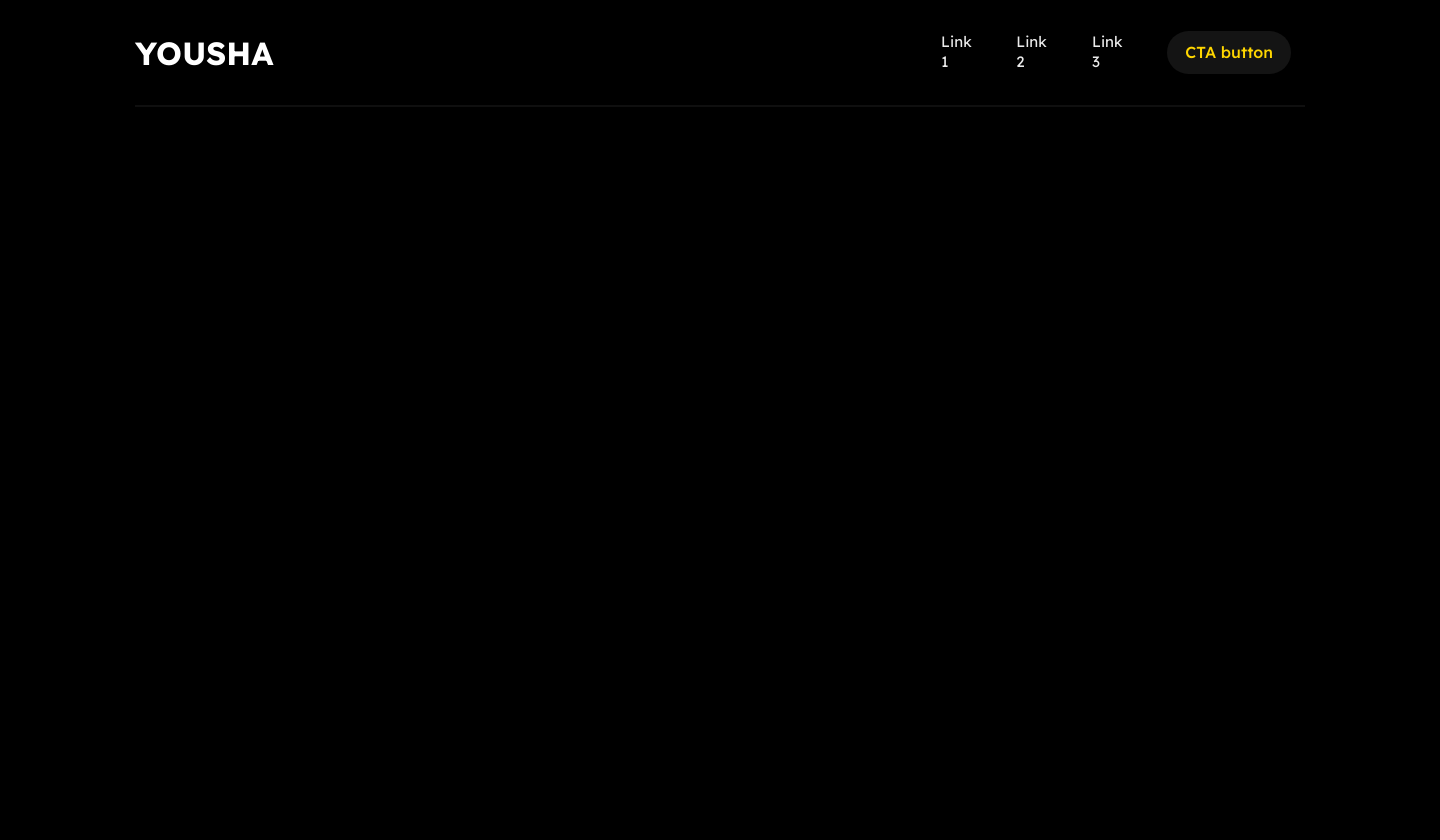
Repository: sSoRaK/web-cut-by-figma_train
Page: bai04/index.html
The author's editor kept a copy of each file at every save. The page is drawn from the files as they stood at one save, then again after a run of saves.
The browser window is 1280 px wide. The page is 1440 px wide, so the pictures cover 1440 px, including what lies to the right of the window. The pictures show the whole page.

Above is the page before, as saved 2023-05-31 20:59:01.

After the next 2 saves:
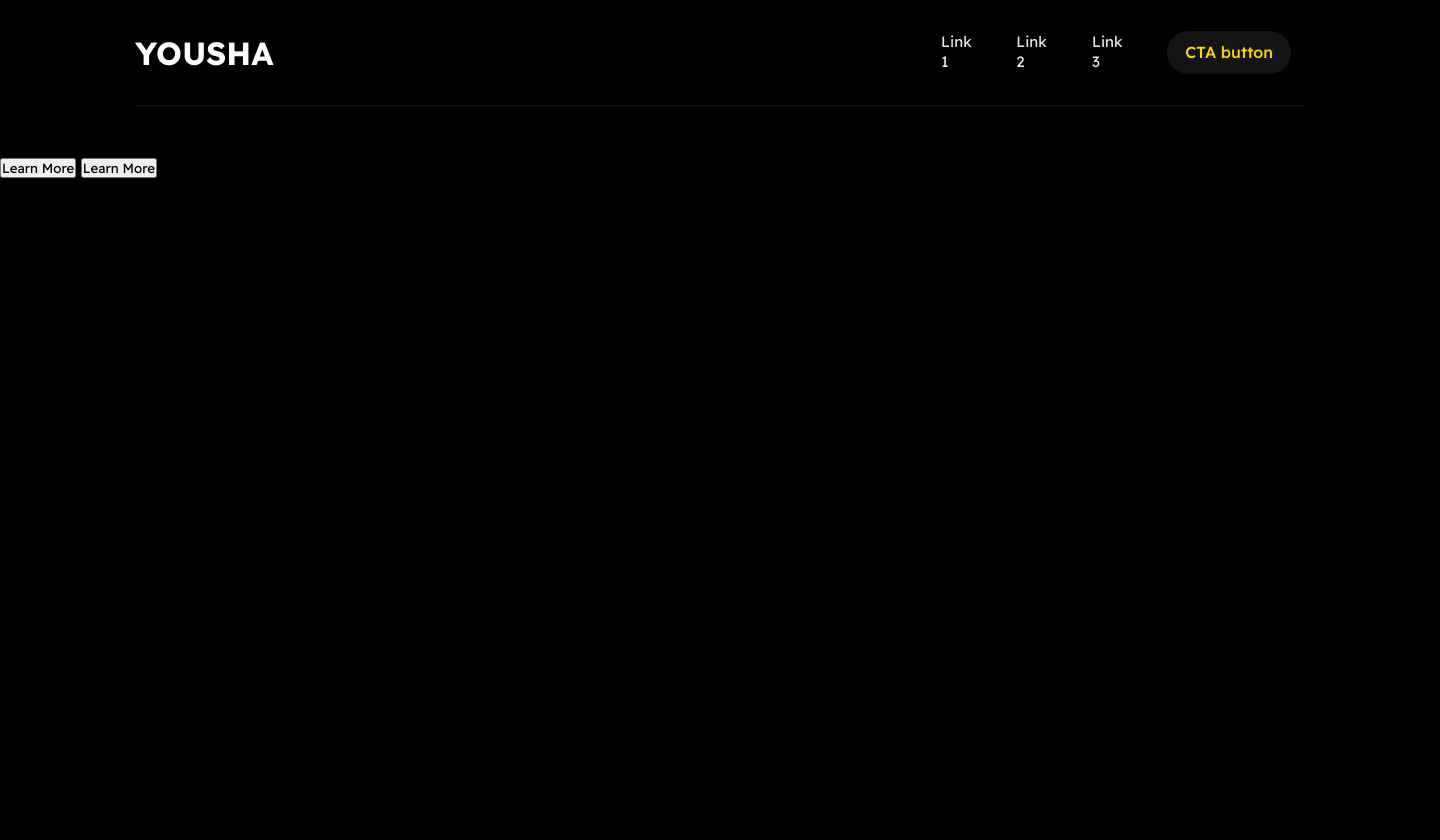
The 2 saves are shown as one change because they came seconds apart.
The last was saved 52 s later.
--- a/bai04/index.html
+++ b/bai04/index.html
@@ -45,6 +45,10 @@
             Management Dow Jones industry bondholders funds municipal bonds
             government upswing strategy.
           </p>
+          <div class="btn">
+            <button class="left-btn">Learn More</button>
+            <button class="right-btn">Learn More</button>
+          </div>
         </div>
         <div class="right-img"></div>
       </section>
